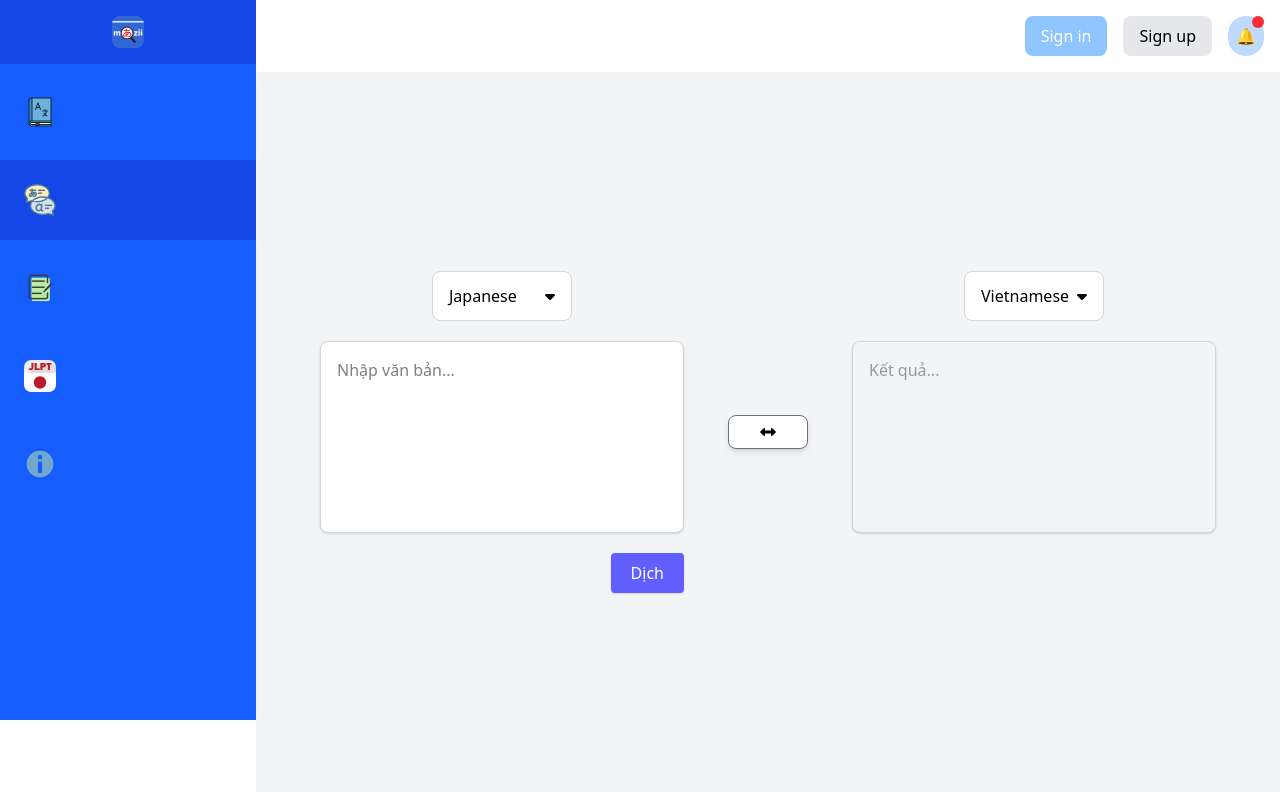
Repository: reminzuetto/JapaneseTranslationApp
Page: /translate
The author's editor kept a copy of each file at every save. The page is drawn from the files as they stood at one save, then again after the next save.
The browser window is 1280 px wide. The pictures show the whole page.
The page's requests for data from a server got no answer. The project was rebuilt for these pictures with package versions that can differ from the ones it lists, and the page was loaded fresh each time. No one was signed in, and anything a server would have sent is missing. Also part of the build but not shown: vite.config.js, src/components/Header/NotificationItem.jsx, src/components/SeachBar/DropDownButton.jsx, src/components/SeachBar/SearchInput.jsx, src/components/SeachBar/SearchBar.jsx, src/pages/Home.jsx, src/Firebase.jsx, src/pages/SignInForm.jsx and 5 more.

Above is the page before, as saved 2025-03-18 00:18:01.

### src/App.jsx
import React, { useState } from "react";
import { BrowserRouter as Router, Routes, Route } from "react-router-dom";
import Header from "./components/Header/Header";
import Home from "./pages/Home";
import Sidebar from "./components/SideBar/SideBar";
import SignInForm from "./pages/SignInForm";
import SignUpForm from "./pages/SignUpForm";
import SearchPage from "./pages/SearchPage";
import TranslatePage from "./pages/TranslatePage";
import CollectionPage from "./pages/CollectionPage";
import JLPTPage from "./pages/JLPTPage";
import AboutPage from "./pages/AboutPage";

function App() {
  const [isSidebarOpen, setIsSidebarOpen] = useState(false);

  return (
    <Router>
      <div className="flex">
        {/* Sidebar */}
        <Sidebar isOpen={isSidebarOpen} setIsOpen={setIsSidebarOpen} />

        {/* Nội dung chính */}
        <div
          className={`flex-1 transition-all duration-300 ${
            isSidebarOpen ? "ml-64" : "ml-20"
          }`}
        >
          <Header />
          <Routes>
            <Route path="/" element={<Home />} />
            <Route path="/signin" element={<SignInForm />} />
            <Route path="/signup" element={<SignUpForm />} />
            <Route path="/search" element={<SearchPage />} />
            <Route path="/translate" element={<TranslatePage />} />
            <Route path="/collection" element={<CollectionPage />} />
            <Route path="/jlpt" element={<JLPTPage />} />
            <Route path="/about" element={<AboutPage />} />
          </Routes>
        </div>
      </div>
    </Router>
  );
}

export default App;

### src/components/Header/Header.jsx
import React, { useState } from "react";
import useClickOutside from "../../hooks/useClickOutside";
import notificationsData from "/src/Data.js";
import NotificationItem from "../Header/NotificationItem";
import { Link } from "react-router-dom";

const Header = () => {
  const { show, setShow, nodeRef } = useClickOutside();
  const [notifications, setNotifications] = useState(notificationsData);

  const markAsSeen = (id) => {
    setNotifications((prev) =>
      prev.map((item) => (item.id === id ? { ...item, seen: true } : item))
    );
  };

  return (
    <header className="flex items-center justify-end p-4 bg-white shadow-md  top-0 left-0 w-full z-50">
      <div className="flex items-center gap-4">
        <Link to="/signin">
          <button className="px-4 py-2 text-white bg-blue-300 rounded-lg hover:bg-blue-500">
            Sign in
          </button>
        </Link>

        <Link to="/signup">
          <button className="px-4 py-2 text-blue bg-gray-200 rounded-lg hover:bg-blue-500 hover:text-white">
            Sign up
          </button>
        </Link>
        <div className="relative" ref={nodeRef}>
          <div
            className="relative p-2 rounded-full bg-blue-200 hover:bg-blue-400 cursor-pointer"
            onClick={() => setShow(!show)}
          >
            🔔
            {notifications.some((item) => !item.seen) && (
              <span className="absolute top-0 right-0 w-3 h-3 bg-red-500 rounded-full"></span>
            )}
          </div>

          {show && (
            <div className="absolute top-full -left-2 min-w-[250px] translate-x-[-100%] mt-2 bg-white shadow-lg rounded-lg border border-gray-200">
              {notifications.length > 0 ? (
                notifications.map((item) => (
                  <NotificationItem
                    key={item.id}
                    id={item.id}
                    title={item.title}
                    time={item.time}
                    seen={item.seen}
                    onMarkAsSeen={markAsSeen}
                  />
                ))
              ) : (
                <div className="p-4 text-center text-gray-400">
                  Không có thông báo mới
                </div>
              )}
            </div>
          )}
        </div>
      </div>
    </header>
  );
};

export default Header;

### src/components/SideBar/SideBar.jsx
import React from "react";
import { NavLink } from "react-router-dom";

const SidebarItem = ({ src, text, to }) => (
  <li className="w-full">
    <NavLink
      to={to}
      className={({ isActive }) =>
        `flex items-center h-20 text-gray-200 no-underline transition duration-500 hover:bg-blue-700 hover:text-white hover:shadow-lg hover:font-bold hover:rounded-lg hover:ml-3 hover:mr-3 ${
          isActive ? "bg-blue-700 font-bold text-white" : ""
        }`
      }
    >
      <img className="w-8 min-w-8 mx-6" src={src} alt={text} />
      <span className="hidden group-hover:block ml-4">{text}</span>
    </NavLink>
  </li>
);

const SideBar = ({ isOpen, setIsOpen }) => {
  const menuItems = [
    { src: "/src/assets/SearchIcon.png", text: "Search", to: "/search" },
    {
      src: "/src/assets/TranslateIcon.png",
      text: "Translate",
      to: "/translate",
    },
    {
      src: "/src/assets/CollectionIcon.png",
      text: "Collection",
      to: "/collection",
    },
    { src: "/src/assets/JLPTIcon.png", text: "JLPT", to: "/jlpt" },
    { src: "/src/assets/AboutIcon.jpg", text: "About us", to: "/about" },
  ];

  return (
    <nav
      className={`w-20 h-screen fixed z-51 bg-blue-600 transition-all duration-200 hover:w-64 group ${
        isOpen ? "w-64" : "w-20"
      }`}
      onMouseEnter={() => setIsOpen(true)}
      onMouseLeave={() => setIsOpen(false)}
    >
      <ul className="flex flex-col items-center space-y-2">
        <li className="w-full text-center py-4 bg-blue-700 font-bold uppercase text-white text-2xl">
          <NavLink className="flex items-center justify-center" to="/">
            <img
              className="w-8 h-8 rounded-lg transition-transform duration-600 group-hover:rotate-[-360deg]"
              src="/src/assets/MaziiLogo.png"
              alt="Mazii logo"
            />
            <span className="hidden group-hover:block ml-4">Mazzi</span>
          </NavLink>
        </li>
        {menuItems.map((item, index) => (
          <SidebarItem
            key={index}
            src={item.src}
            text={item.text}
            to={item.to}
          />
        ))}
      </ul>
    </nav>
  );
};

export default SideBar;

### src/pages/TranslatePage.jsx
import React, { useState } from "react";
import LanguageSelector from "../components/TranslatePage/LanguageSelector";
import TextBox from "../components/TranslatePage/TextBox";
import { FontAwesomeIcon } from "@fortawesome/react-fontawesome";
import { faArrowsAltH } from "@fortawesome/free-solid-svg-icons";

const TranslatePage = () => {
  const [state, setState] = useState({
    text: "",
    translatedText: "",
    sourceLang: "ja",
    targetLang: "vi",
  });

  const languageOptions = [
    { label: "Japanese", value: "ja" },
    { label: "Vietnamese", value: "vi" },
    { label: "English", value: "en" },
  ];

  const handleTranslate = async () => {
    if (!state.text) return;
    setState((prev) => ({
      ...prev,
      translatedText: `(${prev.targetLang}) ${prev.text}`,
    }));
  };

  const swapLanguages = () => {
    setState((prev) => ({
      ...prev,
      sourceLang: prev.targetLang,
      targetLang: prev.sourceLang,
      text: prev.translatedText,
      translatedText: prev.text,
    }));
  };

  return (
    <div className="flex justify-center items-center min-h-screen bg-gray-100 p-4">
      <div className="grid grid-cols-12 gap-4 max-w-4xl w-full">
        {/* Phần bên trái - Nhập văn bản */}
        <div className="col-span-5 flex flex-col items-center gap-5">
          <LanguageSelector
            value={state.sourceLang}
            onChange={(lang) =>
              setState((prev) => ({ ...prev, sourceLang: lang }))
            }
            options={languageOptions}
          />
          <TextBox
            value={state.text}
            onChange={(text) => setState((prev) => ({ ...prev, text }))}
          />

          {/* Nút Dịch - Đưa xuống dưới cùng, căn phải */}
          <div className="w-full flex justify-end">
            <button
              onClick={handleTranslate}
              className="px-5 py-2 bg-indigo-500 text-white rounded shadow hover:bg-indigo-600 transition"
            >
              Dịch
            </button>
          </div>
        </div>

        {/* Khu vực nút chuyển đổi ngôn ngữ */}
        <div className="col-span-2 flex justify-center items-center">
          <button
            onClick={swapLanguages}
            className="p-1 bg-white text-black w-[80px] border border-gray-500 rounded-lg shadow-md hover:bg-gray-200 transition"
          >
            <FontAwesomeIcon icon={faArrowsAltH} />
          </button>
        </div>

        {/* Phần bên phải - Hiển thị kết quả */}
        <div className="col-span-5 flex flex-col items-center gap-5">
          <LanguageSelector
            value={state.targetLang}
            onChange={(lang) =>
              setState((prev) => ({ ...prev, targetLang: lang }))
            }
            options={languageOptions}
          />
          <TextBox value={state.translatedText} readOnly />
        </div>
      </div>
    </div>
  );
};

export default TranslatePage;

### src/hooks/useClickOutside.jsx
import { useEffect, useRef, useState } from "react";

export default function useClickOutside(dom = "button") {
  const [show, setShow] = useState(false);
  const nodeRef = useRef(null);
  useEffect(() => {
    const handleClickOutside = (event) => {
      if (
        nodeRef.current &&
        !nodeRef.current.contains(event.target) &&
        !event.target.matches(dom)
      ) {
        setShow(false);
      }
    };
    document.addEventListener("click", handleClickOutside);
    return () => {
      document.removeEventListener("click", handleClickOutside);
    };
  }, []);

  return {
    show,
    setShow,
    nodeRef,
  };
}

### src/Data.js
const notificationsData = [
  {
    id: 1,
    title: "JavaScript Update",
    content: "Phiên bản mới của JavaScript đã được phát hành.",
    time: "10 phút trước",
    seen: false,
  },
  {
    id: 2,
    title: "ReactJS Tips",
    content: "Học cách tối ưu hóa hiệu suất trong ReactJS.",
    time: "30 phút trước",
    seen: true,
  },
  {
    id: 3,
    title: "VueJS News",
    content: "Vue 3 đang ngày càng phổ biến hơn!",
    time: "1 giờ trước",
    seen: false,
  },
  {
    id: 4,
    title: "Next.js Guide",
    content: "Làm thế nào để sử dụng Server Actions hiệu quả?",
    time: "3 giờ trước",
    seen: true,
  },
  {
    id: 5,
    title: "PostgreSQL Tips",
    content: "Cách tối ưu truy vấn SQL cho tốc độ nhanh hơn.",
    time: "5 giờ trước",
    seen: false,
  },
];

export default notificationsData;

### src/components/TranslatePage/LanguageSelector.jsx
import { useState, useRef, useEffect } from "react";
import { FontAwesomeIcon } from "@fortawesome/react-fontawesome";
import { faCaretUp, faCaretDown } from "@fortawesome/free-solid-svg-icons";

function LanguageSelector({ type, value, onChange, options }) {
  const [isOpen, setIsOpen] = useState(false);
  const dropdownRef = useRef(null);

  useEffect(() => {
    function handleClickOutside(event) {
      if (dropdownRef.current && !dropdownRef.current.contains(event.target)) {
        setIsOpen(false);
      }
    }
    document.addEventListener("mousedown", handleClickOutside);
    return () => {
      document.removeEventListener("mousedown", handleClickOutside);
    };
  }, []);

  const selectedLabel =
    options.find((option) => option.value === value)?.label || "Chọn ngôn ngữ";

  // Xác định màu nền theo loại (From/To)
  const bgColor = type === "from" ? "bg-blue-500" : "bg-white";
  const hover =
    type === "from"
      ? "hover:bg-blue-600"
      : "hover:bg-blue-600 hover:text-white";
  const textColor = type === "from" ? "text-white" : "text-black";
  const border = type === "from" ? "" : "border border-gray-300";
  return (
    <div className="relative w-auto mx-10" ref={dropdownRef}>
      <button
        className={`flex items-center justify-between whitespace-nowrap ${bgColor} font-medium px-4 py-3 rounded-lg ${hover} ${textColor} ${border} transition cursor-pointer w-35`}
        onClick={() => setIsOpen(!isOpen)}
      >
        <span>{selectedLabel}</span>
        <FontAwesomeIcon
          icon={isOpen ? faCaretUp : faCaretDown}
          className="ml-2"
        />
      </button>

      {isOpen && (
        <ul className="absolute left-0 right-0 mt-2 bg-gray-200 text-gray-900 text-lg rounded-md shadow-lg z-10">
          {options.map((option) => (
            <li
              key={option.value}
              className="flex items-center justify-between px-4 py-3 hover:bg-gray-300 cursor-pointer transition"
              onClick={() => {
                onChange(option.value);
                setIsOpen(false);
              }}
            >
              <span>{option.label}</span>
            </li>
          ))}
        </ul>
      )}
    </div>
  );
}

export default LanguageSelector;

### src/components/TranslatePage/TextBox.jsx
const TextBox = ({ value, onChange, readOnly = false }) => {
  return (
    <textarea
      value={value}
      onChange={(e) => onChange && onChange(e.target.value)}
      placeholder={readOnly ? "Kết quả..." : "Nhập văn bản..."}
      readOnly={readOnly}
      className={`w-full p-4 border border-gray-300 rounded-lg h-48 resize-none shadow-sm focus:outline-none focus:ring-2 focus:ring-blue-500 transition ${
        readOnly ? "bg-gray-100 text-gray-700" : "bg-white"
      }`}
    />
  );
};

export default TextBox;

Loaded but not shown: index.html (common file); src/main.jsx (common file); src/index.css (common file)

After the next save:
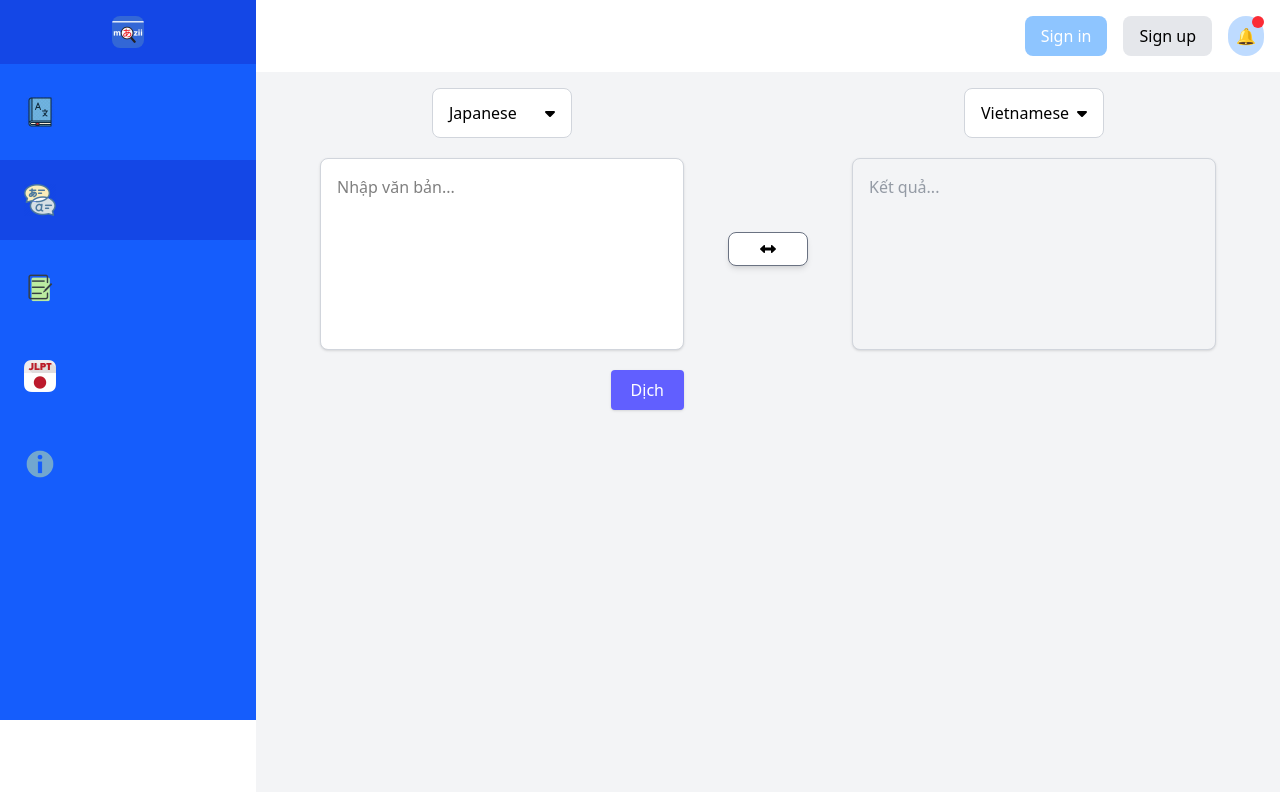
Saved 24 s later.
--- a/src/pages/TranslatePage.jsx
+++ b/src/pages/TranslatePage.jsx
@@ -37,7 +37,7 @@ const TranslatePage = () => {
   };
 
   return (
-    <div className="flex justify-center items-center min-h-screen bg-gray-100 p-4">
+    <div className="flex flex-col items-center min-h-screen bg-gray-100 p-4">
       <div className="grid grid-cols-12 gap-4 max-w-4xl w-full">
         {/* Phần bên trái - Nhập văn bản */}
         <div className="col-span-5 flex flex-col items-center gap-5">
